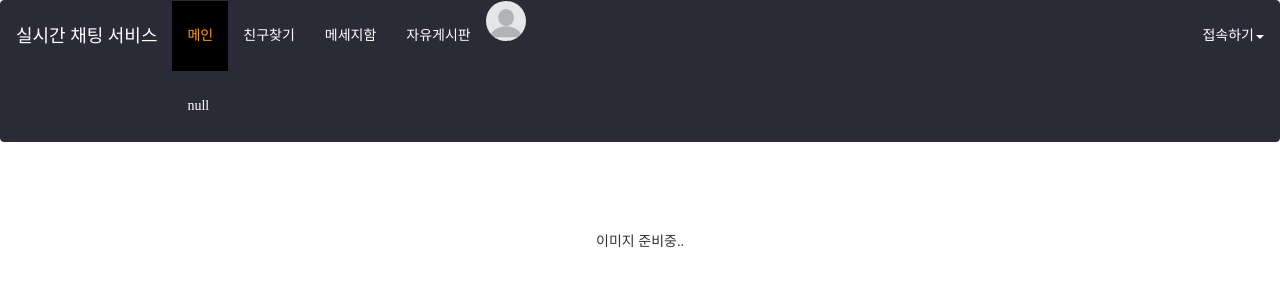
Repository: kkoseunghyun/javaAjaxChat
Page: http://localhost/UserChat/
An editor plug-in stored every save of this project. The page is shown before and after the next save, followed by the edit.
The browser window is 1280 px wide. The pictures show the whole page.
Some web fonts or font styles are not loaded; a fallback is used. Some web libraries are served in a nearby version. The page is served by Tomcat 9. Other server files are loaded and not shown. Queries for data that is not in the repository find no rows.

Above is the page before, as saved 2019-07-13 08:24:16.

### JspAjax/UserChat/WebContent/index.jsp
<%@ page language="java" contentType="text/html; charset=UTF-8" pageEncoding="UTF-8"%>
<!DOCTYPE html>
<%@ page import="user.UserDAO" %>
<%@ page import="user.UserDTO" %>
<html>
<%
	String userID = null;
	if(session.getAttribute("userID") != null){
		userID = (String) session.getAttribute("userID");
	}

	UserDAO userDAO = new UserDAO();
	//UserDTO user = userDAO.getUser(userID);
	String userProfile = userDAO.getProfile(userID); // profile의 경로를 가져오는 메서드

	System.out.println(userProfile);

%>
<head>
	<meta charset="UTF-8">
	<meta name="viewport" content="width=device-width, initial-scale=1">
	<link rel="stylesheet" type="text/css" href="css/bootstrap.css">
	<link rel="stylesheet" type="text/css" href="css/custom.css?versionewg=2">
	<link rel="stylesheet" type="text/css" href="css/custom2.css?versiontff=2">
	<title>JSP Ajax 실시간 회원제 채팅 서비스</title>
	<script src="https://code.jquery.com/jquery-3.1.1.min.js"></script>
	<script src="js/bootstrap.js"></script>
	<script type="text/javascript">
		/* 상단 내비게이션 메세지함 unread 라벨 표시 */
		function getUnread() {
			$.ajax({
				type: "POST",
				url: "./chatUnread",
				data: {
					userID: encodeURIComponent('<%= userID %>'),
				},
				success: function(result) {
					if(result >= 1) {
						showUnread(result);
					} else {
						showUnread('');
					}
				}
			});
		}
		function getInfiniteUnread() {
			setInterval(function() {
				getUnread();
			}, 4000);
		}
		function showUnread(result) {
			$('#unread').html(result);
		}
	</script>
</head>
<body>
	<nav class="navbar navbar-default">
		<div class="navbar-header">
			<button type="button" class="navbar-toggle collapsed"
				data-toggle="collapse" data-target="#bs-example-navbar-collapse-1"
				aria-expanded="false">
				<span class="icon-bar"></span>
				<span class="icon-bar"></span>
				<span class="icon-bar"></span>
			</button>
			<a class="navbar-brand" href="index.jsp">실시간 채팅 서비스</a>
		</div>
		<div class="collapse navbar-collapse" id="bs-example-navbar-collapse-1">
			<ul class="nav navbar-nav">
				<li class="active"><a href="index.jsp">메인</a></li>
				<li><a href="find.jsp">친구찾기</a></li>
				<li><a href="box.jsp">메세지함<span id="unread" class="label label-info"></span></a></li>
				<li><a href="boardView.jsp">자유게시판</a></li>
				<img class="media-object img-circle" style="margin: 0 auto; max-width: 40px; max-height: 40px;" src="<%= userProfile %>"></img>
				<li><a href="userStatus.jsp"><%= userID %></a></li>
			</ul>
			<%
				if(userID == null){ // 로그인이 안된사람들에 한해 보여지는 네비게이션 바
			%>
			<ul class="nav navbar-nav navbar-right">
				<li class="dropdown">
					<a href="#" class="dropdown-toggle"
						data-toggle="dropdown" role="button" aria-haspopup="true"
						aria-expanded="false">접속하기<span class="caret"></span></a>
					<ul class="dropdown-menu">
						<li><a href="login.jsp">로그인</a></li>
						<li><a href="join.jsp">회원가입</a></li>
					</ul>
				</li>
			</ul>
			<%
				} else {
			%>
			<ul class="nav navbar-nav navbar-right">
				<li class="dropdown">
					<a href="#" class="dropdown-toggle"
						data-toggle="dropdown" role="button" aria-haspopup="true"
						aria-expanded="false">회원관리<span class="caret"></span></a>
					<ul class="dropdown-menu">
						<li><a href="update.jsp">회원정보수정</a></li>
						<li><a href="profileUpdate.jsp">프로필 사진 수정</a></li>
						<li><a href="logoutAction.jsp">로그아웃</a></li>
					</ul>
				</li>
			</ul>
			<%
				}
			%>
		</div>
	</nav>
	<div class="container">
		<div style="width:100%; height:160px; line-height:160px; text-align: center;">
			<p>이미지 준비중..</p>
		</div>
	</div>
	<%
		/*
			UserRegisterServlet.java, UserLoginServlet에서 session.setAttribute로 정의한
			messageContent,messageType 을 session.getAttribute를 통해 가져와서, 색깔셋팅 등 messageModal 설정부분
		*/
		String messageContent = null;
		if (session.getAttribute("messageContent") != null) {
			messageContent = (String) session.getAttribute("messageContent");
		}
		String messageType = null;
		if (session.getAttribute("messageType") != null) {
			messageType = (String) session.getAttribute("messageType");
		}
		if (messageContent != null) {
	%>
	<!--  messageModal -->
	<div class="modal fade" id="messageModal" tabindex="-1" role="dialog" aria-hidden="true">
		<div class="vertical-alignment-helper">
			<div class="modal-dialog vertical-align-center">
				<div class="modal-content <% if(messageType.equals("오류 메세지")) out.println("panel-warning"); else out.println("panel-success");%> ">
					<div class="modal-header panel-heading">
						<button type="button" class="close" data-dismiss="modal">
							<span aria-hidden="true">&times</span>		<!-- x버튼 -->
							<span class="sr-only">Close</span>
						</button>
						<h4 class="modal-title">
							<%= messageType %>
						</h4>
					</div>
					<div class="modal-body">
						<%= messageContent %>
					</div>
					<div class="modal-footer">
						<button type="button" class="btn btn-primary" data-dismiss="modal">확인</button>
					</div>
				</div>
			</div>
		</div>
	</div>
	<%
		session.removeAttribute("messageContent");
		session.removeAttribute("messageType");
		}
	%>
	<script>
		$('#messageModal').modal("show");
	</script>
	<%
		if(userID != null) {
	%>
		<script type="text/javascript">
			$(document).ready(function() {
				getUnread(); // 4초 안기다리고 바로 볼 수 있게 먼저해놓음
				getInfiniteUnread();
			});
		</script>
	<%
		}
	%>
</body>
</html>

### JspAjax/UserChat/src/user/UserDAO.java
package user;

import java.sql.Connection;
import java.sql.PreparedStatement;
import java.sql.ResultSet;

import javax.naming.Context;
import javax.naming.InitialContext;
import javax.sql.DataSource;

public class UserDAO {

	DataSource dataSource;

	public UserDAO() { //context.xml에서 설정한 JNDI를 이용. 이 객체는 이제 Container의 DBCP에 의해 관리된다.
		try {
			InitialContext initContext = new InitialContext();
			Context envContext = (Context) initContext.lookup("java:/comp/env");
			dataSource = (DataSource) envContext.lookup("jdbc/UserChat");
		} catch (Exception e) {
			e.printStackTrace();
		}
	}

	public int login(String userID, String userPassword) {
		Connection conn = null;
		PreparedStatement pstmt = null;
		ResultSet rs = null;
		String SQL = "SELECT * FROM USER WHERE userID = ?";
		try {
			conn = dataSource.getConnection(); // 실질적으로 커넥션풀에 접근하게 해줌
			pstmt = conn.prepareStatement(SQL);
			pstmt.setString(1, userID);
			rs = pstmt.executeQuery();
			if(rs.next()) {
				if(rs.getString("userPassword").equals(userPassword)) {
					return 1; // 로그인 성공
				}
				return 2; //비밀번호가 틀림
			} else {
				return 0; // 해당 사용자가 존재하지 않음
			}
		} catch (Exception e) {
			e.printStackTrace();
		} finally {
			try {
				if(rs != null) rs.close();
				if(pstmt != null) pstmt.close();
				if(conn != null) conn.close();
			} catch (Exception e) {
				e.printStackTrace();
			}
		}
		return -1; // 데이터베이스 오류
	}

	public int registerCheck(String userID) { // 아이디 중복체크
		Connection conn = null;
		PreparedStatement pstmt = null;
		ResultSet rs = null;
		String SQL = "SELECT * FROM USER WHERE userID = ?";
		try {
			conn = dataSource.getConnection(); // 실질적으로 커넥션풀에 접근하게 해줌
			pstmt = conn.prepareStatement(SQL);
			pstmt.setString(1, userID);
			rs = pstmt.executeQuery();
			if(rs.next() || userID.equals("")) {
				return 0; // 이미 존재하는 회원
			} else {
				return 1; // 가입 가능한 회원 아이디
			}
		} catch (Exception e) {
			e.printStackTrace();
		} finally {
			try {
				if(rs != null) rs.close();
				if(pstmt != null) pstmt.close();
				if(conn != null) conn.close();
			} catch (Exception e) {
				e.printStackTrace();
			}
		}
		return -1; // 데이터베이스 오류
	}
	/* 회원가입 메서드 */
	public int register(String userID, String userPassword, String userName, String userAge, String userGender, String userEmail, String userProfile) { // 아이디 중복체크
		Connection conn = null;
		PreparedStatement pstmt = null;
		String SQL = "INSERT INTO USER VALUES (?, ?, ?, ?, ?, ?, ?)";
		try {
			conn = dataSource.getConnection(); // 실질적으로 커넥션풀에 접근하게 해줌
			pstmt = conn.prepareStatement(SQL);
			pstmt.setString(1, userID);
			pstmt.setString(2, userPassword);
			pstmt.setString(3, userName);
			pstmt.setInt(4, Integer.parseInt(userAge));
			pstmt.setString(5, userGender);
			pstmt.setString(6, userEmail);
			pstmt.setString(7, userProfile);
			return pstmt.executeUpdate();
		} catch (Exception e) {
			e.printStackTrace();
		} finally {
			try {
				if(pstmt != null) pstmt.close();
				if(conn != null) conn.close();
			} catch (Exception e) {
				e.printStackTrace();
			}
		}
		return -1; // 데이터베이스 오류
	}

	/**
	 * 유저정보 세팅 메서드
	 * */
	public UserDTO getUser(String userID) {
		UserDTO user = new UserDTO();

		Connection conn = null;
		PreparedStatement pstmt = null;
		ResultSet rs = null;
		String SQL = "SELECT * FROM USER WHERE userID = ?";
		try {
			conn = dataSource.getConnection();
			pstmt = conn.prepareStatement(SQL);
			pstmt.setString(1, userID);
			rs = pstmt.executeQuery();
			if(rs.next()) {
				user.setUserID(userID);
				user.setUserPassword(rs.getString("userPassword"));
				user.setUserName(rs.getString("userName"));
				user.setUserAge(rs.getInt("userAge"));
				user.setUserGender(rs.getString("userGender"));
				user.setUserEmail(rs.getString("userEmail"));
				user.setUserProfile(rs.getString("userProfile"));
			}
		} catch (Exception e) {
			e.printStackTrace();
		} finally {
			try {
				if(rs != null) rs.close();
				if(pstmt != null) pstmt.close();
				if(conn != null) conn.close();
			} catch (Exception e) {
				e.printStackTrace();
			}
		}
		return user;
	}

	/**
	 * 회원정보 수정 메서드
	 * */
	public int update(String userID, String userPassword, String userName, String userAge, String userGender, String userEmail) { // 아이디 중복체크
		Connection conn = null;
		PreparedStatement pstmt = null;
		String SQL = "UPDATE user SET userPassword = ?, userName = ?, userAge = ?, userGender = ?,userEmail = ? WHERE userID = ?";
		try {
			conn = dataSource.getConnection(); // 실질적으로 커넥션풀에 접근하게 해줌
			pstmt = conn.prepareStatement(SQL);
			pstmt.setString(1, userPassword);
			pstmt.setString(2, userName);
			pstmt.setInt(3, Integer.parseInt(userAge));
			pstmt.setString(4, userGender);
			pstmt.setString(5, userEmail);
			pstmt.setString(6, userID);
			return pstmt.executeUpdate();
		} catch (Exception e) {
			e.printStackTrace();
		} finally {
			try {
				if(pstmt != null) pstmt.close();
				if(conn != null) conn.close();
			} catch (Exception e) {
				e.printStackTrace();
			}
		}
		return -1; // 데이터베이스 오류
	}

	// userProfile을 db에 업데이트 해주는 메서드
	public int profile(String userID, String userProfile) {
		Connection conn = null;
		PreparedStatement pstmt = null;
		String SQL = "UPDATE user SET userProfile = ? WHERE userID = ?";
		try {
			conn = dataSource.getConnection(); // 실질적으로 커넥션풀에 접근하게 해줌
			pstmt = conn.prepareStatement(SQL);
			pstmt.setString(1, userProfile);
			pstmt.setString(2, userID);
			return pstmt.executeUpdate();
		} catch (Exception e) {
			e.printStackTrace();
		} finally {
			try {
				if(pstmt != null) pstmt.close();
				if(conn != null) conn.close();
			} catch (Exception e) {
				e.printStackTrace();
			}
		}
		return -1; // 데이터베이스 오류
	}

	// userProfile의 경로를 가져오는 메서드
	public String getProfile(String userID) { // 아이디 중복체크
		Connection conn = null;
		PreparedStatement pstmt = null;
		ResultSet rs = null;
		String SQL = "SELECT userProfile FROM USER WHERE userID = ?";
		try {
			conn = dataSource.getConnection(); // 실질적으로 커넥션풀에 접근하게 해줌
			pstmt = conn.prepareStatement(SQL);
			pstmt.setString(1, userID);
			rs = pstmt.executeQuery();
			if(rs.next()) {
				if(rs.getString("userProfile").equals("")) { // 기본 상태의 프로필 사진
					return "http://localhost:8084/UserChat/images/icon.png";
				}
				return "http://localhost:8084/UserChat/upload/" + rs.getString("userProfile");

			}
		} catch (Exception e) {
			e.printStackTrace();
		} finally {
			try {
				if(rs != null) rs.close();
				if(pstmt != null) pstmt.close();
				if(conn != null) conn.close();
			} catch (Exception e) {
				e.printStackTrace();
			}
		}
		return "http://localhost:8084/UserChat/images/icon.png";
	}
}

### JspAjax/UserChat/WebContent/css/custom.css
@import url(http://fonts.googleapis.com/earlyaccess/nanumgothic.css);
@import url(http://fonts.googleapis.com/earlyaccess/hanna.css);
@import url(http://fonts.googleapis.com/earlyaccess/notosanskr.css);
* {
	font-family: 'Nanum Gothic';
}
h5 {
	font-family: 'Noto Sans KR';
	font-size: 15px;
	font-weight: bold;
}
h4 {
	font-family: 'Noto Sans KR';
}
h3 {
	font-family: 'Hanna';
}
h2 {
	font-family: 'Hanna';
}
h1 {
	font-family: 'Hanna';
}

/* 테이블 관련 디자인 처리 */
thead th {
	background-color: #2d1f1f;
	color: white;
	text-align: center;
}
tr td:first-child,
tr th:first-child {
	border-top-left-radius: 6px;
	border-bottom-left-radius: 6px;
}
tr td:last-child,
tr th:last-child {
	border-top-right-radius: 6px;
	border-bottom-right-radius: 6px;
}

/* 모달 팝업창 관련 디자인 처리 */
.vertical-alignment-helper {
	display: table;
	height: 100%;
	width: 100%;
	pointer-events: none;
}
.vertical-alignment-center {
	display: table-cell;
	vertical-align: middle;
	pointer-events: none;
}
.modal-content {
	width: inherit;
	height: inherit;
	margin: 0 auto;
	pointer-events: all;
}

/* 채팅창 디자인 처리 */
.portlet {
    margin-bottom: 15px;
}
.btn-white {
    border-color: #cccccc;
    color: #333333;
    background-color: #ffffff;
}
.portlet {
    border: 1px solid;
}
.portlet .portlet-heading {
    padding: 0 15px;
}
.portlet .portlet-heading h4 {
    padding: 1px 0;
    font-size: 16px;
}
.portlet .portlet-heading a {
    color: #fff;
}
.portlet .portlet-heading a:hover,
.portlet .portlet-heading a:active,
.portlet .portlet-heading a:focus {
    outline: none;
}
.portlet .portlet-widgets .dropdown-menu a {
    color: #333;
}
.portlet .portlet-widgets ul.dropdown-menu {
    min-width: 0;
}
.portlet .portlet-heading .portlet-title {
    float: left;
}
.portlet .portlet-heading .portlet-title h4 {
    margin: 10px 0;
}
.portlet .portlet-heading .portlet-widgets {
    float: right;
    margin: 8px 0;
}
.portlet .portlet-heading .portlet-widgets .tabbed-portlets {
    display: inline;
}
.portlet .portlet-heading .portlet-widgets .divider {
    margin: 0 5px;
}
.portlet .portlet-body {
    padding: 15px;
    background: #fff;
}
.portlet .portlet-footer {
    padding: 10px 15px;
    background: #e0e7e8;
}
.portlet .portlet-footer ul {
    margin: 0;
}
.portlet-green,
.portlet-green>.portlet-heading {
    border-color: #16a085;
}
.portlet-green>.portlet-heading {
    color: #fff;
    background-color: #16a085;
}
.portlet-orange,
.portlet-orange>.portlet-heading {
    border-color: #f39c12;
}
.portlet-orange>.portlet-heading {
    color: #fff;
    background-color: #f39c12;
}
.portlet-blue,
.portlet-blue>.portlet-heading {
    border-color: #2980b9;
}
.portlet-blue>.portlet-heading {
    color: #fff;
    background-color: #2980b9;
}
.portlet-red,
.portlet-red>.portlet-heading {
    border-color: #e74c3c;
}
.portlet-red>.portlet-heading {
    color: #fff;
    background-color: #e74c3c;
}
.portlet-purple,
.portlet-purple>.portlet-heading {
    border-color: #8e44ad;
}
.portlet-purple>.portlet-heading {
    color: #fff;
    background-color: #8e44ad;
}
.portlet-default,
.portlet-dark-blue,
.portlet-default>.portlet-heading,
.portlet-dark-blue>.portlet-heading {
    border-color: #34495e;
}
.portlet-default>.portlet-heading,
.portlet-dark-blue>.portlet-heading {
    color: #fff;
    background-color: #34495e;
}
.portlet-basic,
.portlet-basic>.portlet-heading {
    border-color: #333;
}
.portlet-basic>.portlet-heading {
    border-bottom: 1px solid #333;
    color: #333;
    background-color: #fff;
}
@media(min-width:768px) { /* 화면 너비 768 이하일때 적용 */
    .portlet {
        margin-bottom: 30px;
    }
}
.img-chat{
width:40px;
height:40px;
}
.text-green {
    color: #16a085;
}
.text-orange {
    color: #f39c12;
}
.text-red {
    color: #e74c3c;
}

### JspAjax/UserChat/WebContent/css/custom2.css
@import url(http://fonts.googleapis.com/earlyaccess/nanumgothic.css);
/* 전체 영역 지정 */
* {
    font-family: 'Nanum Gothic';
}
/* 전체 링크 영역 지정 */
a {
    color: #000000;
    text-decoration: none;
}
a:hover{
    color: #bbbbbb;
    text-decoration:none;
    cursor: pointer;
}

/* 네비게이션 영역 */
.navbar-default{    /* 배경 색상*/
    background-color: #2b2b37;
    border-color: #2b2b37;
}
.navbar-default .navbar-brand{ /* 내비게이션 제목 생상 */
    color: #ffffff;
    padding-top: 25px;
    font-family: 'Hanna';
}
.navbar-default .navbar-brand:hover,
.navbar-default .navbar-brand:focus{ /*내비게이션 제목에 마우스를 올렸을 때 */
    background-color: transparent;
    color: #FE9A2E;
}
.navbar-default .navbar-nav > .active > a,
.navbar-default .navbar-nav > .active > a:hover,
.navbar-default .navbar-nav > .active > a:focus{/* 현재 선택된 내비게이션 색상 이벤트 */
    color: #FE9A2E;
    background-color: #000000;
}
.navbar-default .navbar-nav > li > a { /*내비게이션 기본 글자 색상 */
	color: #ffffff;
    font-family: 'Hanna';
}
.navbar-default .navbar-nav > li > a:hover,
.navbar-default .navbar-nav > li > a:focus { /*내비게이션의 글자에 마우스를 올렸을 때 */
    color: #FE9A2E;
}
.navbar-default .navbar-nav > .open > a,
.navbar-default .navbar-nav > .open > a:hover,
.navbar-default .navbar-nav > .open > a:focus{ /* .open : 드랍다운이 열렸을 때 마우스 색상 이벤트  */
    color: #FE9A2E;
    background-color: #000000;
    text-decoration: none;
}
.navbar-default .navbar-toggle:hover,
.navbar-default .navbar-toggle:focus { /* 토글에 마우스를 올렸을 때 */
	background-color: #dddddd;
}
.navbar-default .navbar-toggle: .icon-bar { /* 토글 아이콘 바 색상 */
	background-color: #dddddd;
}

/* 미디어 쿼리 */
@media (max-width: 767px) { /* 화면 너비 767 이하일때 적용 */
    .navbar-default .navbar-nav .open .dropdown-menu > li > a {
        color: #ffffff;
    }
    .navbar-default .navbar-nav .open .dropdown-menu > li > a:hover,
    .navbar-default .navbar-nav .open .dropdown-menu > li > a:focus {
        color: #eeeeee;
    }
}
/* 네비게이션 바 길이 수정 */
.navbar-fixed-top {
	min-height: 70px;
}
.navbar-nav > li > a {
	padding-top: 0px;
	padding-bottom: 0px;
	line-height: 70px;
}
@media (max-width: 767px) { /* 화면 너비 767 이하일때 적용 */
	.navbar-default .navbar-brand {
		padding-top: 15px;
	}
	.navbar-nav > li > a {
		padding-top: 0px;
		padding-bottom: 0px;
		line-height: 40px;
	}
}

Loaded but not shown: JspAjax/UserChat/WebContent/css/bootstrap.css (library); JspAjax/UserChat/WebContent/js/bootstrap.js (library)

After the next save:
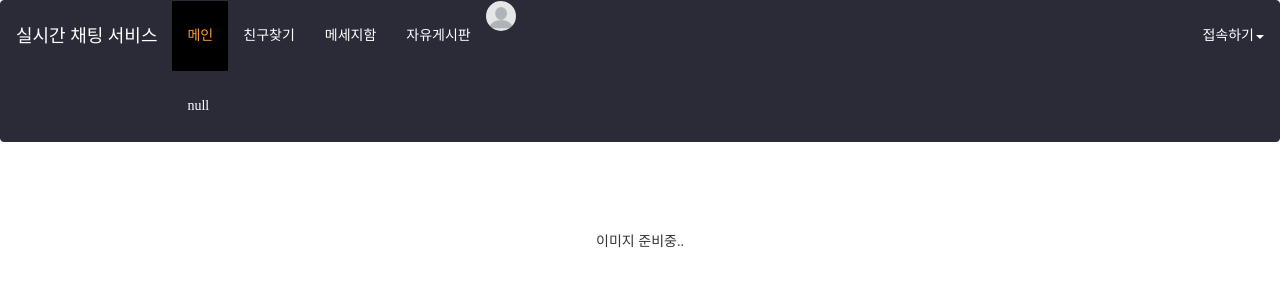
Saved 28 s later.
--- a/JspAjax/UserChat/WebContent/index.jsp
+++ b/JspAjax/UserChat/WebContent/index.jsp
@@ -71,7 +71,7 @@
 				<li><a href="find.jsp">친구찾기</a></li>
 				<li><a href="box.jsp">메세지함<span id="unread" class="label label-info"></span></a></li>
 				<li><a href="boardView.jsp">자유게시판</a></li>
-				<img class="media-object img-circle" style="margin: 0 auto; max-width: 40px; max-height: 40px;" src="<%= userProfile %>"></img>
+				<img class="media-object img-circle" style="margin: 0 auto; max-width: 30px; max-height: 30px;" src="<%= userProfile %>"></img>
 				<li><a href="userStatus.jsp"><%= userID %></a></li>
 			</ul>
 			<%
